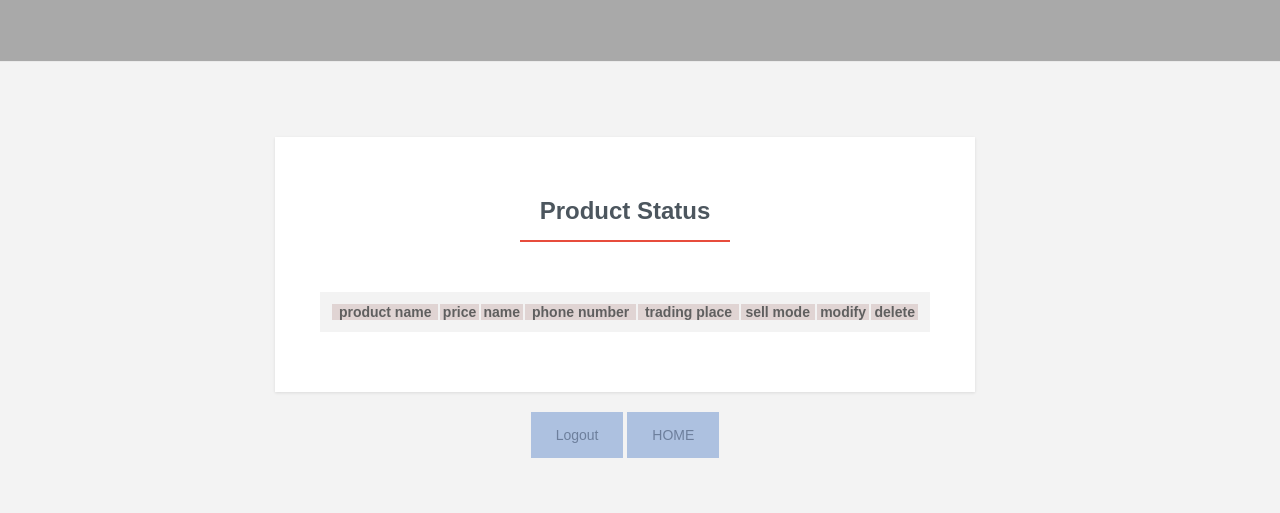
Repository: 0suh/SKKU_Web_project
Page: http://localhost/2018312257_YoungSuhChin_project/productstatus.jsp
These files come from the project's save history. The page is drawn as it stood at one moment and after the next save; the edit follows.
The browser window is 1280 px wide. The pictures show the whole page.
The page is served by Tomcat 9. Queries for data that is not in the repository find no rows.

Above is the page before, as saved 2020-12-21 06:59:09.

After the next save:
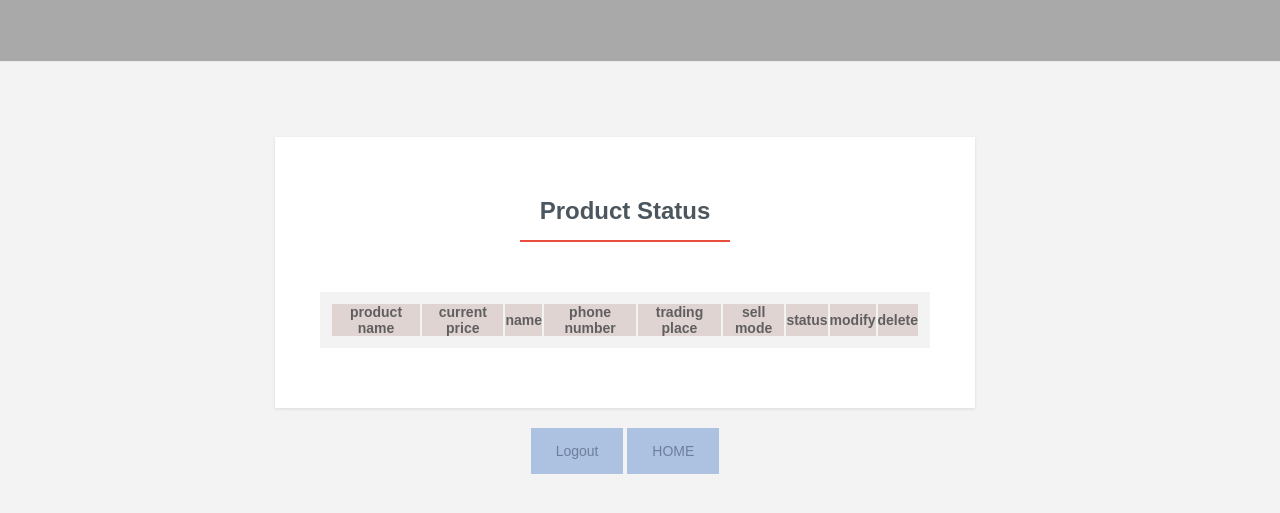
Saved 2 min 46 s later.
--- a/FinalProject/2018312257_YoungSuhChin_project/WebContent/productstatus.jsp
+++ b/FinalProject/2018312257_YoungSuhChin_project/WebContent/productstatus.jsp
@@ -45,11 +45,12 @@ try
 
    <tr style="background-color:#e0d4d3">
    <td>product name</td> <!-- table for product name -->
-   <td>price</td> <!-- table for price -->
+   <td>current price</td> <!-- table for price -->
    <td>name</td> <!-- table for name -->
    <td>phone number</td> <!-- table for phone number -->
    <td>trading place</td> <!-- table for trading place -->
    <td>sell mode</td> <!-- table for sell mode -->
+   <td>status</td><!-- table for status -->
    <td>modify</td> <!-- table for modify -->
    <td>delete</td> <!-- table for delete -->
    </tr>
@@ -64,6 +65,7 @@ try
 	   <td><%=rs.getString("phonenumber") %></td> <!-- get phone number -->
 	   <td><%=rs.getString("tradingplace") %></td> <!-- get trading place -->
 	   <td><%=rs.getString("sellmode") %></td> <!-- get sellmode -->
+	   <td><%=rs.getString("status") %></td> <!-- get status -->
 	   <td><a href="modifyproduct.jsp?mod=<%=rs.getString("productname") %>" style="text-decoration: none; color:#6caee0">modify</a></td><!-- modify member -->
 	   <td><a href="deleteproduct.jsp?del=<%=rs.getString("productname") %>" style="text-decoration: none; color:#6caee0">delete</a></td><!-- delete member -->
      </tr>
